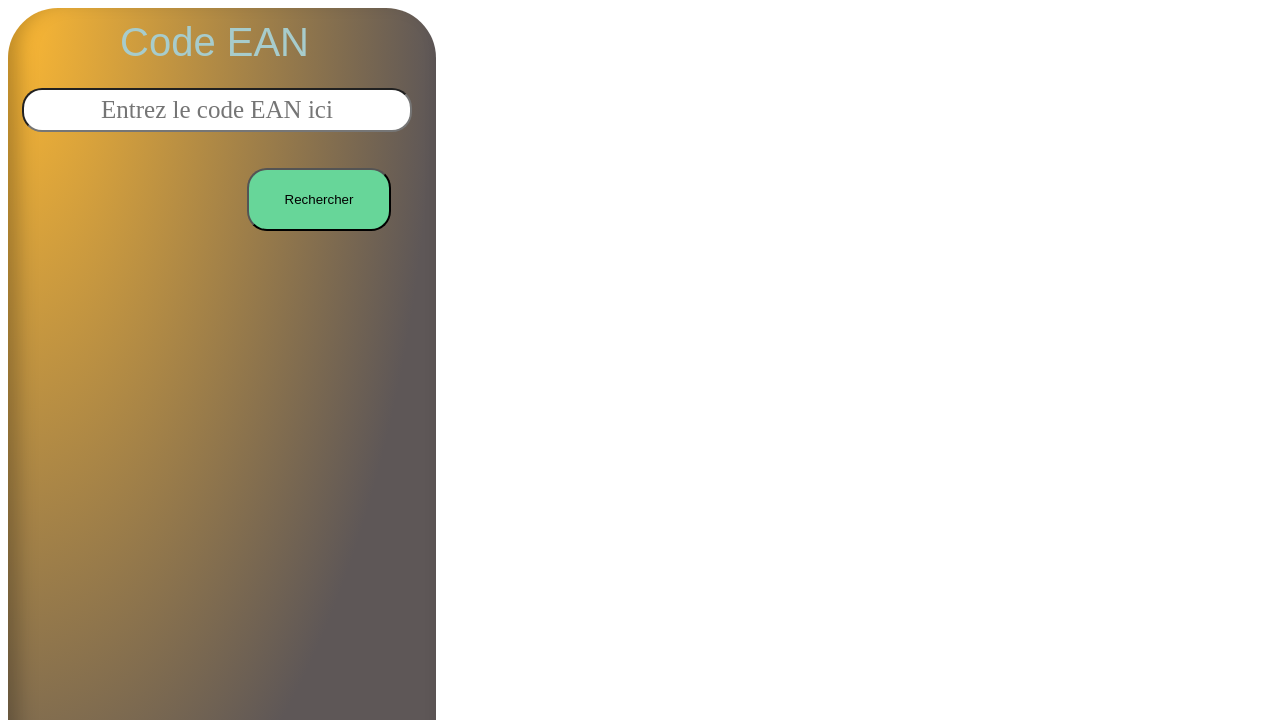
Repository: Zouz01/exo-toucan
Page: index.html
An editor plug-in stored every save of this project. The page is shown before and after the next save, followed by the edit.
The browser window is 1280 px wide. The pictures show the whole page.

Above is the page before, as saved 2023-09-21 11:44:33.

### index.html
<!DOCTYPE html>
<html lang="fr">
<head>
    <meta charset="UTF-8">
    <meta name="viewport" content="width=device-width, initial-scale=1">
    <title>TOUCAN API</title>
    <link rel="stylesheet" type="text/css" href="main.css">
</head>
<body>
    <div class="container">
        <!-- Formulaire de recherche -->
        <form id="product-form" action="https://fr.openfoodfacts.org/api/v0/product/<<code_EAN_13>>" method="POST">
            <label for="code_ean">Code EAN </label>
            <input type="text" id="code_ean" name="code_ean" placeholder="Entrez le code EAN ici"><!-- Champ de saisie du code EAN -->
            <button type="submit" id="submit">Rechercher</button> <!-- Bouton de soumission du formulaire -->
        </form>

        <!-- Conteneur pour l'affichage de l'image et des informations -->
        <div><img id="img"></div>
        <div id="product-info"></div>
    </div>

    <!-- Inclusion du script JavaScript -->
    <script src="main.js"></script>
</body>
</html>

### main.css
body {
    font-family: Arial, sans-serif;

}

.container {
    width: 428px;
    height: 926px;
   position: fixed;
    text-align: center;

    background: radial-gradient(100% 100% at 0% 0%, #FFBA33 0%, #5e5757 100%);
   /* background: radial-gradient(100% 100% at 0% 0%, #A6A6A6 0.46%, #000000 78.06%);
    background: linear-gradient(167.94deg, #7AA77E 0%, #476F72 100%);*/

    opacity: 1.8;
    box-shadow: inset 10px -10px 20px rgba(0, 0, 0, 0.25);
    border-radius: 50px;
}

/* position ecriture label*/
label {

    top: 20px;
    font-size: 40px;
    color: rgb(167, 204, 204);
   left: 120px;
    position :fixed;



}
/*position img*/
#img {
    position: relative;
   border-radius: 20px;
   width: 20%;
   top: 600px;
}

/*position retour d'information produit*/
 #product-info {
    position: absolute;
    padding: 20px;
    color:rgb(171, 221, 205);
    top: 100px;

 }
h2 {
    font-size: xx-large;
    color: #7af3b1;
}
p{
    font-size: larger ;
}

/* Champ de saisie pour entrer le code EAN */
#code_ean {
    position: absolute;
   border-radius: 20px;
    width: 382px;
    height: 38px;
   right:24px ;
    top: 80px;
    font-family: 'Montserrat';
font-style: normal;
font-weight: 500;
font-size: 25px;
line-height: 30px;
text-align: center;

color: #0f0d0d;



}

/* Bouton de recherche */
button[type="submit"] {
    position: absolute;
    width: 144px;
    height: 63px;
  background-color: #67d699;
    top: 160px;
    border-radius: 20px;
    right: 45px;



}




/* styles pour les écrans plus grands */
/* @media (min-width: 900px) {
     .container {
        width: 1860px;
        height: 900px;
     }
        button[type="submit"] {
            position: absolute;
    width: 184px;
    height: 83px;
  background-color: #67d699;
    bottom: 50px;
    border-radius: 20px;
    right: 870px;
        }
        #code_ean {
            position: absolute;
           border-radius: 20px;
            width: 1382px;
            height: 68px;
           right:15% ;
            top: 80px;
            font-family: 'Montserrat';
        font-style: normal;
        font-weight: 500;
        font-size: 25px;
        line-height: 30px;
        text-align: center;
        color: #0f0d0d;

 }
 label {

    top: 20px;
    font-size: 40px;
    color: rgb(167, 204, 204);
   left: 800px;
    position :fixed;

}
#product-info {
    position: absolute;
    padding: 50px;
    color:rgb(171, 221, 205);
    top: 200px;
    left: 30%;

 }
 #img {
    position: relative;
   border-radius: 20px;
   max-width: 20%;
   max-height: 10%;
   top: 230px;
   right: 30%;
}
h2 {
    font-size: 50px;
    color: aqua;
}
p{
    font-size: 30px ;
}
} */

### main.js
const form = document.querySelector("#product-form"); //Interagit avec  HTML avec l'id "product-form"
const code_ean = document.querySelector("#code_ean"); //Interagit avec  HTML  avec l'id "code_ean"
const productInfo = document.querySelector("#product-info"); //Interagit avec  HTML avec l'id "les informations produits"
const img = document.querySelector("#img");  //Interagit avec  HTML avec l'id "les images"
const submit = document.querySelector("#submit");  //Interagit avec  HTML avec l'id "Boutton envoi"


submit.addEventListener("click", (e) => { // Ecouteur d'événement sur le bouton d'envoi qui écoute un événement de clic
    e.preventDefault();

    // validation du code
    if (code_ean.value.length !== 13) {
        alert("Le code EAN doit contenir 13 chiffres.");// Le script vérifie si la valeur du champ de saisie du code EAN comporte 13 caractères
        return;                                         // Sinon, il affiche une alerte indiquant que le code EAN doit contenir 13 chiffres.
    }else

// Si code correct alors ...
    // Récupére les informations du produit depuis l'API
    fetch("https://fr.openfoodfacts.org/api/v0/product/" + code_ean.value) //Méthode pour envoyer une requête GET à l'API
        .then((reponse) => reponse.json())   //  Convertit  la réponse de l'API en JSON
        .then((data) => {                    //  Pour accéder aux données.
            let product = data.product;
            img.src = product.image_url;


             //Affiche les informations sur le produit, ( avec innerHTML on definila source de l'éléments)
             productInfo.innerHTML =`
             <h2><b>Nom</b> : ${product.abbreviated_product_name}</h2>
             <p><b>Marque</b> : ${product.brands}</p>
             <p><b>Catégorie</b> : ${product.categories}</p>
             <p><b>Ingrédients</b> : ${product.ingredients_text}</p>`
             console.log (data)
        }); // ${} veut dire interpreter

});

   /*fecht veut dire aller chercher*/

After the next save:
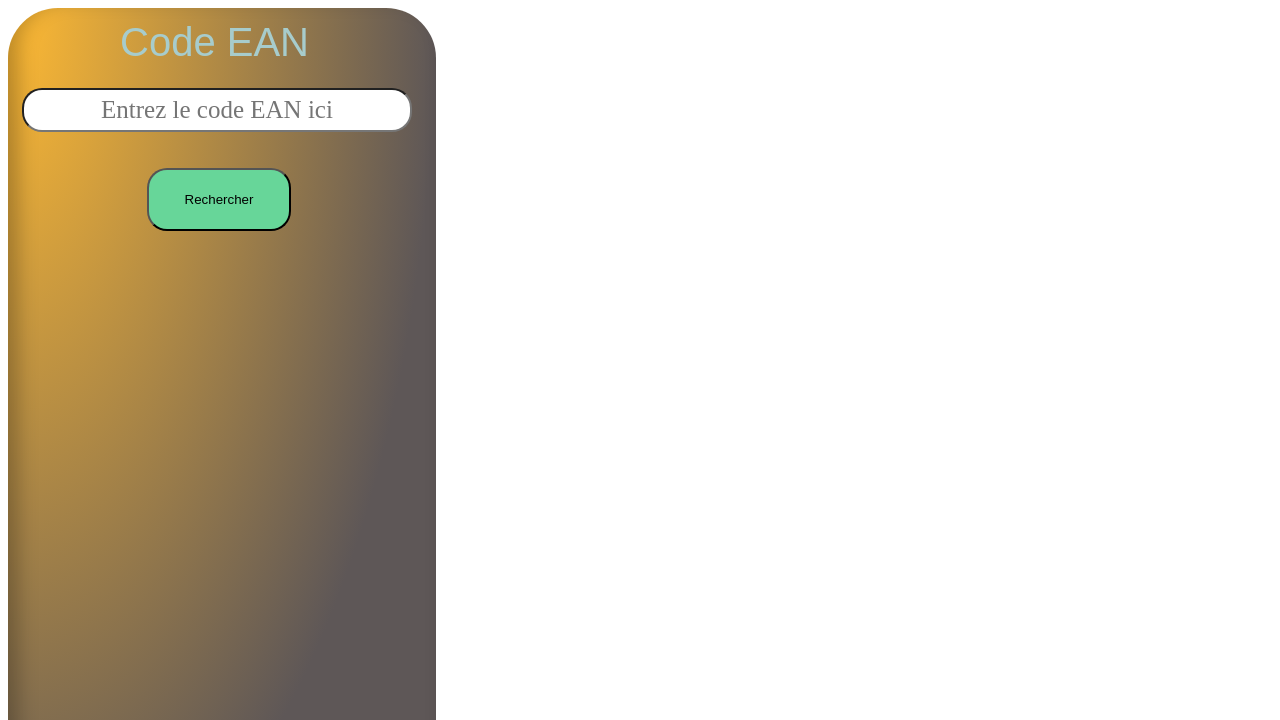
Saved 8 s later.
--- a/main.css
+++ b/main.css
@@ -83,7 +83,7 @@ button[type="submit"] {
   background-color: #67d699;
     top: 160px;
     border-radius: 20px;
-    right: 45px;
+    right: 145px;
 
 
 
